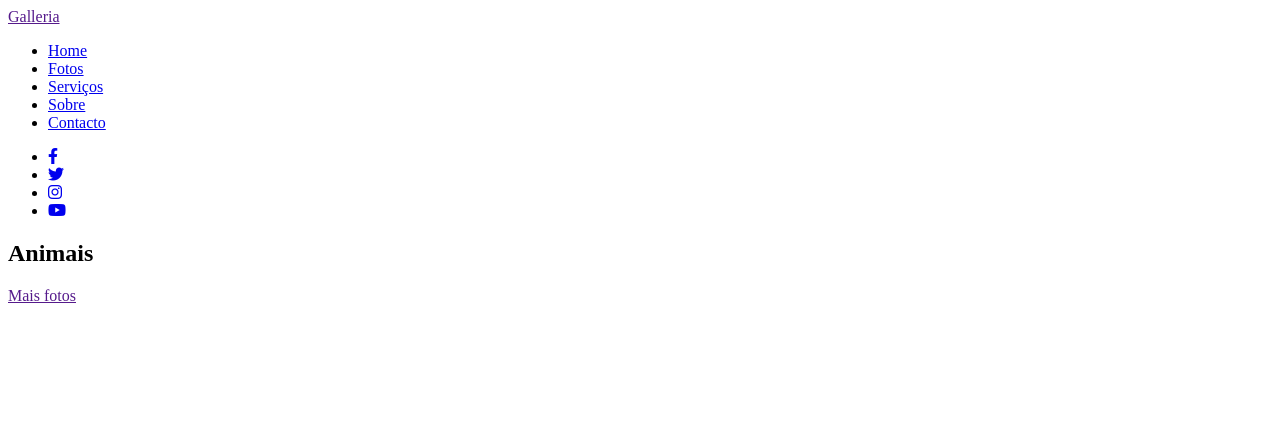
Repository: AghastyGD/gallery-sass
Page: index.html
The author's editor kept a copy of each file at every save. The page is drawn from the files as they stood at one save, then again after the next save.
The browser window is 1280 px wide. The pictures show the whole page.
The style sheet was rebuilt from its Sass, Less or Tailwind sources for each picture, by a compiler version that may differ from the author's.

Above is the page before, as saved 2023-10-13 17:49:35.

After the next save:
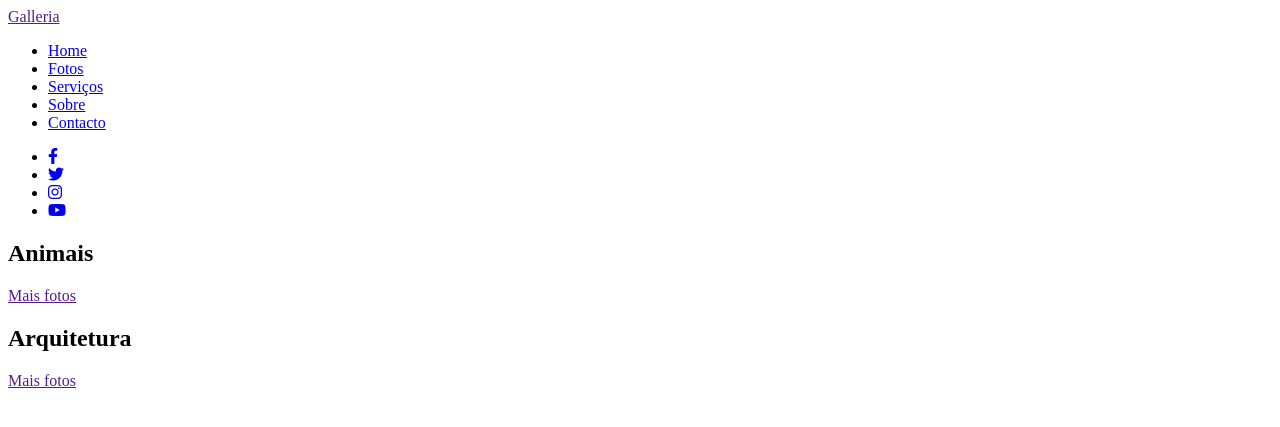
Saved 46 s later.
--- a/index.html
+++ b/index.html
@@ -65,6 +65,10 @@
                 <h2 class="gallery-card-title">Animais</h2>
                 <a href="" class="gallery-card-btn">Mais fotos</a>
             </div>
+            <div class="gallery-card" id="card-2">
+                <h2 class="gallery-card-title">Arquitetura</h2>
+                <a href="" class="gallery-card-btn">Mais fotos</a>
+            </div>
         </div>
     </main>
 
